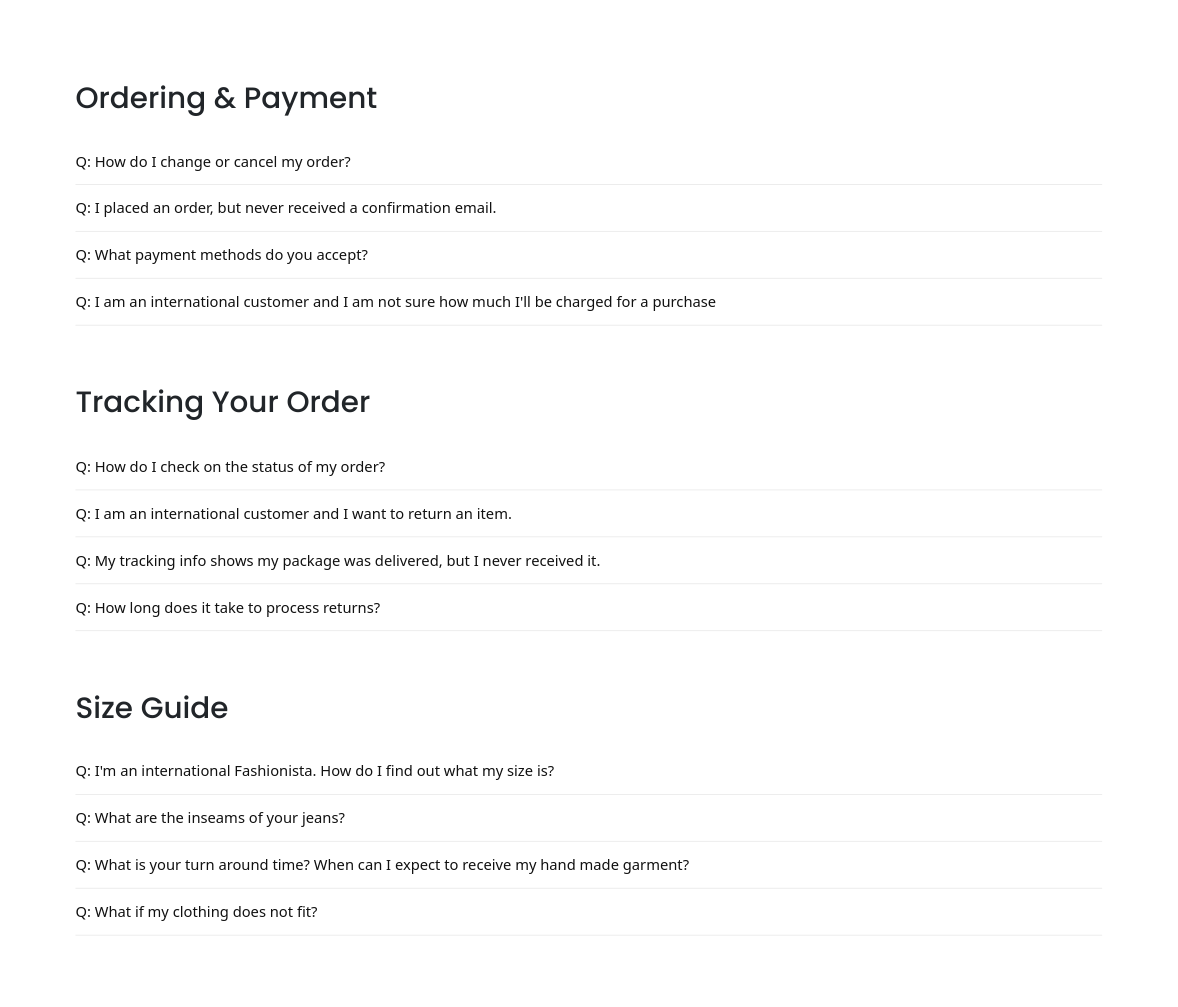
Repository: ST-United-Internship/Modaz-4life
Page: FaQ/FAQ.html
These files come from the project's save history. The page is drawn as it stood at one moment and after a run of saves; the edit follows.
The browser window is 1280 px wide. The pictures show the whole page, at 92% of full size.

Above is the page before, as saved 2023-03-22 16:22:45.

After the next 4 saves:
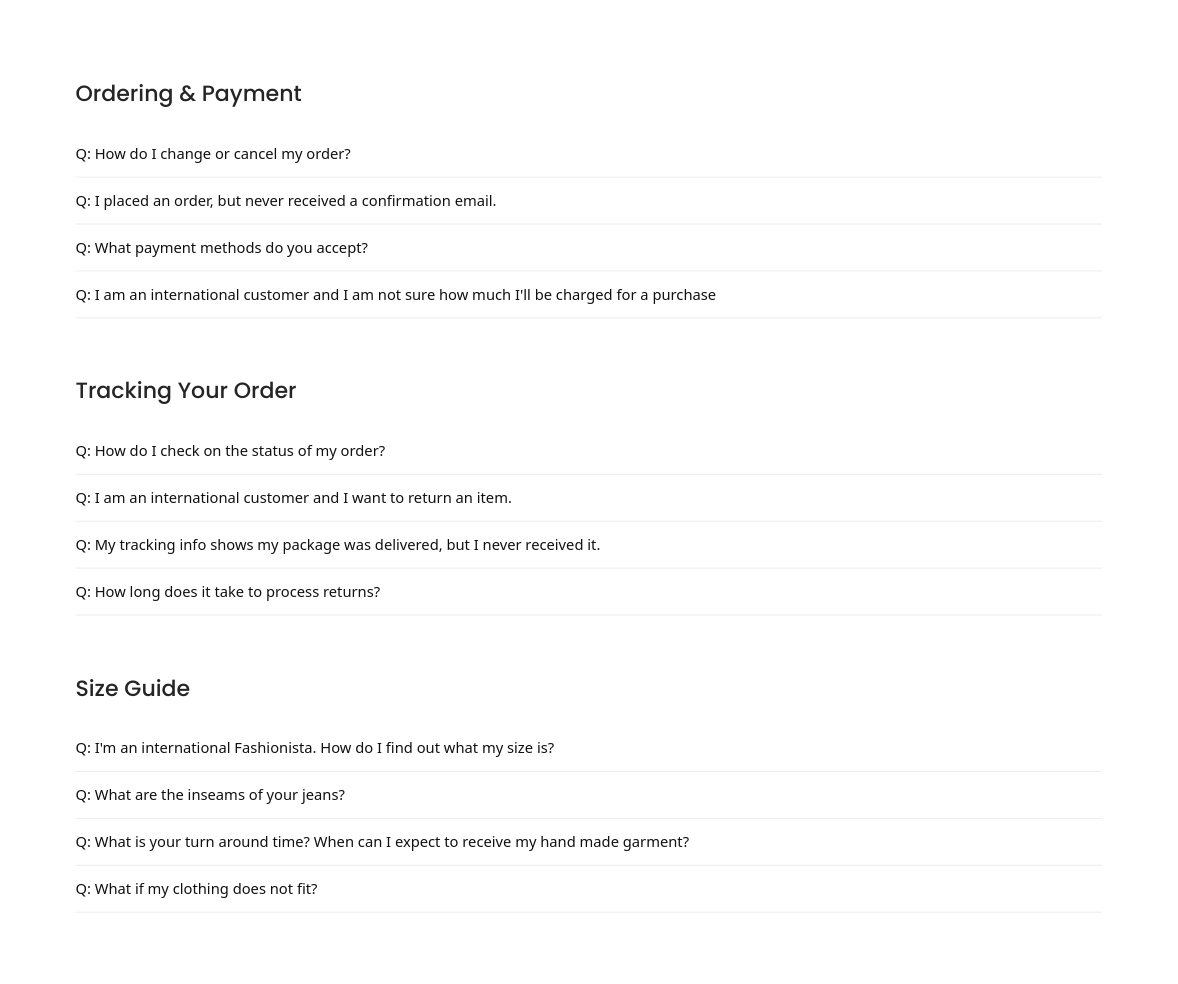
The 4 saves are shown as one change because they came seconds apart.
The last was saved 114 s later.
--- a/FaQ/FAQ.css
+++ b/FaQ/FAQ.css
@@ -39,7 +39,7 @@
     margin-bottom: 40px;
 }
 
-h2{
+.over-title > h2{
     font-size: 24px;
     line-height: 30px;
     color: #252525;
